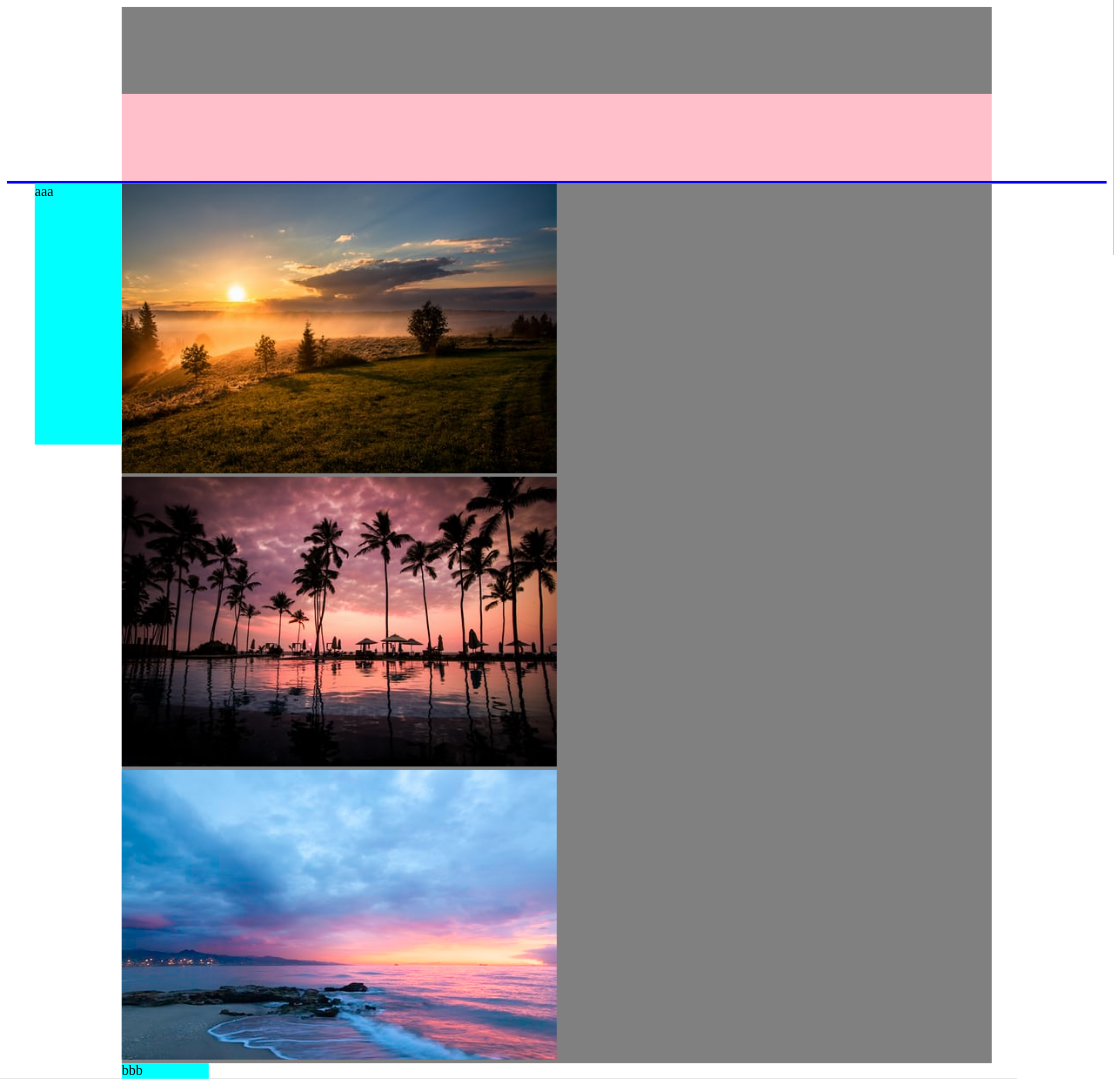
Repository: ArchivvonJang/learn_program_language
Page: webApp/WebContent/Javascript/js21_scrollBanner/img/js21_scrollBanner.html
An editor plug-in stored every save of this project. The page is shown before and after the next save, followed by the edit.
The browser window is 1280 px wide. The pictures show the whole page, at 87% of full size.

Above is the page before, as saved 2021-03-04 01:05:24.

After the next save:
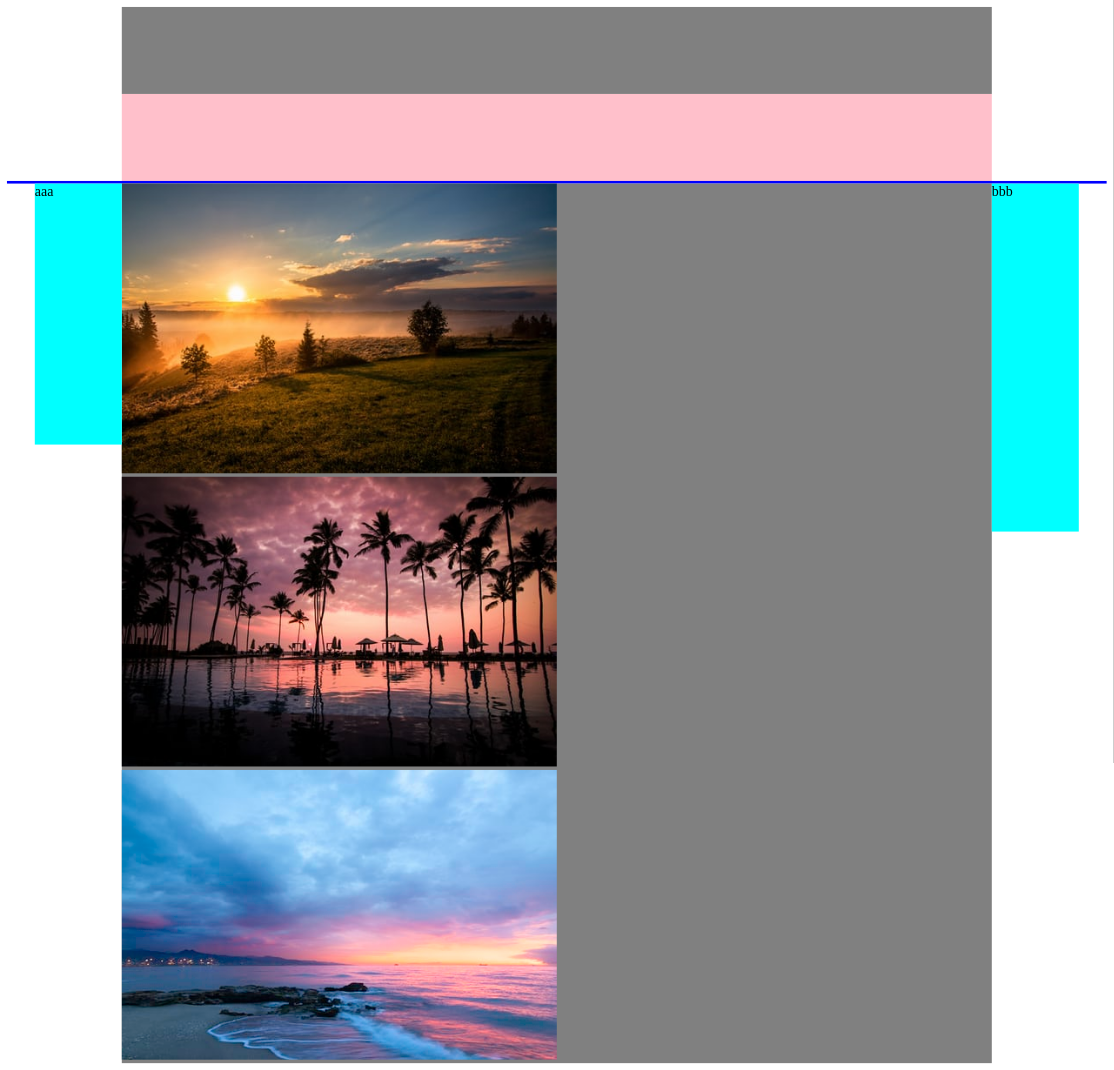
Saved 66 s later.
--- a/webApp/WebContent/Javascript/js21_scrollBanner/img/js21_scrollBanner.html
+++ b/webApp/WebContent/Javascript/js21_scrollBanner/img/js21_scrollBanner.html
@@ -39,7 +39,9 @@
 		height:300px;
 	}
 	#rightBanner{
-
+		left:1000px;
+		top:0px;
+		height:400px;
 	}
 </style>
 </head>
